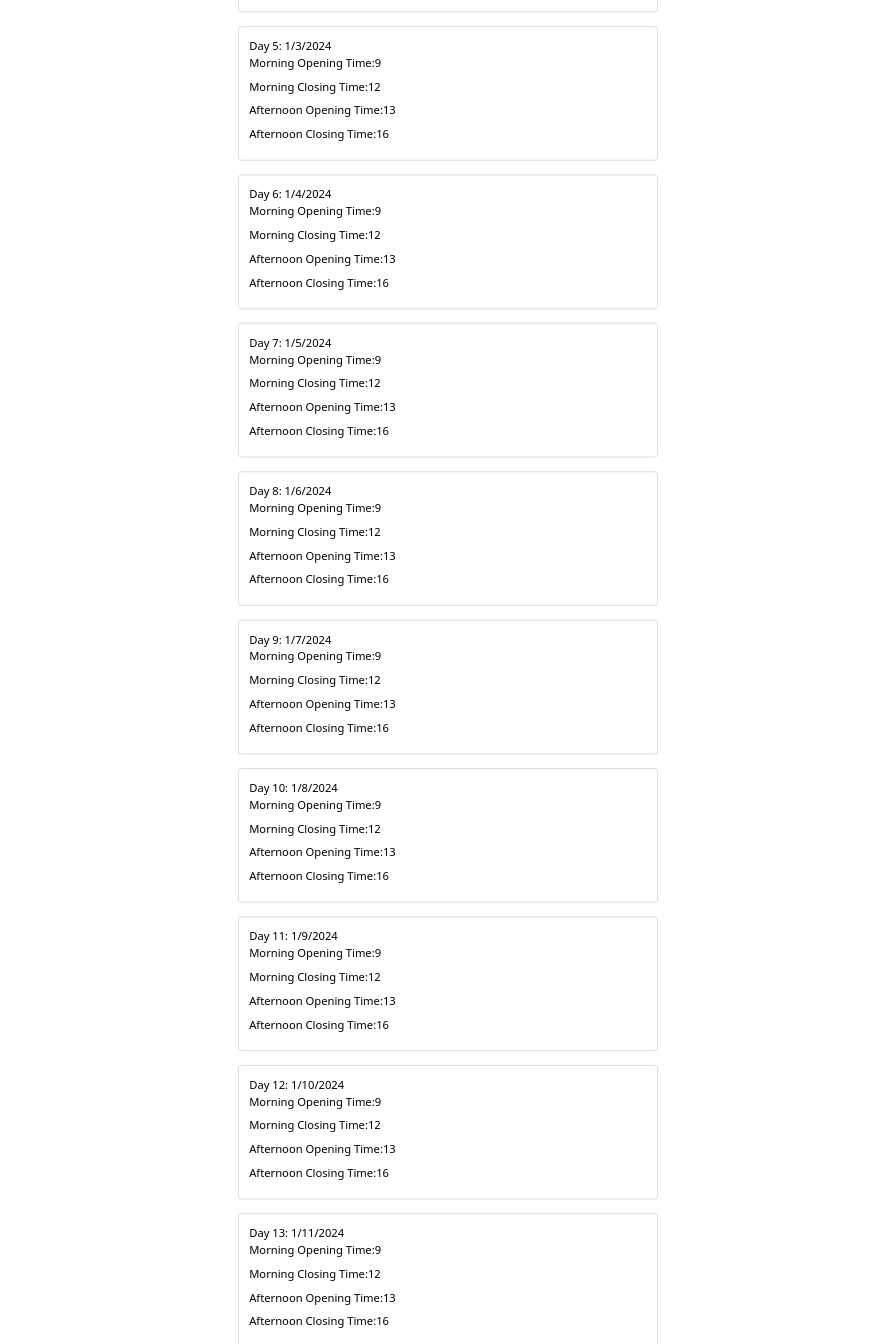
Repository: ImedBousakhria/appointment_system_prototype
Page: /
The author's editor kept a copy of each file at every save. The page is drawn from the files as they stood at one save, then again after the next save.
The browser window is 1280 px wide. The pictures show the part of the page from y = 858 to 2778 px (the page is 6452 px tall before and 1176 px after), at 70% of full size.
The project was rebuilt for these pictures with package versions that can differ from the ones it lists, and the page was loaded fresh each time. Also part of the build but not shown: vite.config.js, src/Calendar.css.

Above is the page before, as saved 2024-01-04 03:33:08.

After the next save:
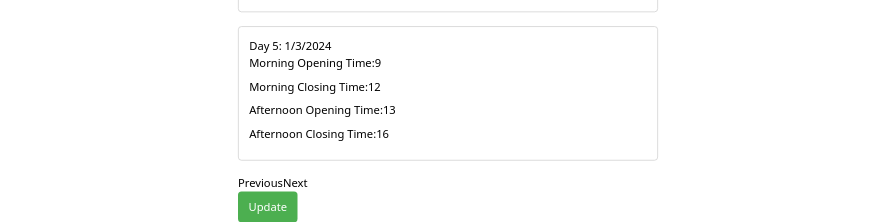
Saved 68 s later.
--- a/src/Availability.jsx
+++ b/src/Availability.jsx
@@ -3,10 +3,14 @@ import { getDaysArray } from "./consts/config";
 import "./Availability.css"; // Import a CSS file for styling
 
 const Availability = ({ daysArray, onUpdateDaysArray }) => {
-  const [editedDaysArray, setEditedDaysArray] = useState([...daysArray]);
+  const [startIndex, setStartIndex] = useState(0);
+  const daysPerPage = 5; // Adjust the number of days displayed per page
+  const endIndex = startIndex + daysPerPage;
+
+  const visibleDays = daysArray.slice(startIndex, endIndex);
 
   const handleInputChange = (dayIndex, period, field, value) => {
-    setEditedDaysArray((prevDaysArray) => {
+    onUpdateDaysArray((prevDaysArray) => {
       const updatedDaysArray = [...prevDaysArray];
       updatedDaysArray[dayIndex][period][field] = value;
       return updatedDaysArray;
@@ -14,15 +18,27 @@ const Availability = ({ daysArray, onUpdateDaysArray }) => {
   };
 
   const handleUpdateClick = () => {
-    onUpdateDaysArray([...editedDaysArray]);
+    onUpdateDaysArray([...daysArray]);
+  };
+
+  const handleNextClick = () => {
+    if (endIndex < daysArray.length) {
+      setStartIndex(startIndex + daysPerPage);
+    }
+  };
+
+  const handlePrevClick = () => {
+    if (startIndex > 0) {
+      setStartIndex(startIndex - daysPerPage);
+    }
   };
 
   return (
     <div className="availability-container">
       <h2>Edit Opening/Closing Times</h2>
-      {editedDaysArray.map((day, index) => (
+      {visibleDays.map((day, index) => (
         <div key={index} className="day-container">
-          <p>{`Day ${index + 1}: ${day.date.toLocaleDateString()}`}</p>
+          <p>{`Day ${startIndex + index + 1}: ${day.date.toLocaleDateString()}`}</p>
           <div className="time-input">
             <label>Morning Opening Time:</label>
             <input
@@ -30,7 +46,7 @@ const Availability = ({ daysArray, onUpdateDaysArray }) => {
               value={day.morning.openingTime}
               onChange={(e) =>
                 handleInputChange(
-                  index,
+                  startIndex + index,
                   "morning",
                   "openingTime",
                   parseInt(e.target.value, 10)
@@ -45,7 +61,7 @@ const Availability = ({ daysArray, onUpdateDaysArray }) => {
               value={day.morning.closingTime}
               onChange={(e) =>
                 handleInputChange(
-                  index,
+                  startIndex + index,
                   "morning",
                   "closingTime",
                   parseInt(e.target.value, 10)
@@ -60,7 +76,7 @@ const Availability = ({ daysArray, onUpdateDaysArray }) => {
               value={day.afternoon.openingTime}
               onChange={(e) =>
                 handleInputChange(
-                  index,
+                  startIndex + index,
                   "afternoon",
                   "openingTime",
                   parseInt(e.target.value, 10)
@@ -75,7 +91,7 @@ const Availability = ({ daysArray, onUpdateDaysArray }) => {
               value={day.afternoon.closingTime}
               onChange={(e) =>
                 handleInputChange(
-                  index,
+                  startIndex + index,
                   "afternoon",
                   "closingTime",
                   parseInt(e.target.value, 10)
@@ -85,6 +101,14 @@ const Availability = ({ daysArray, onUpdateDaysArray }) => {
           </div>
         </div>
       ))}
+      <div className="navigation-buttons">
+        <button onClick={handlePrevClick} disabled={startIndex === 0}>
+          Previous
+        </button>
+        <button onClick={handleNextClick} disabled={endIndex >= daysArray.length}>
+          Next
+        </button>
+      </div>
       <button className="update-button" onClick={handleUpdateClick}>
         Update
       </button>
